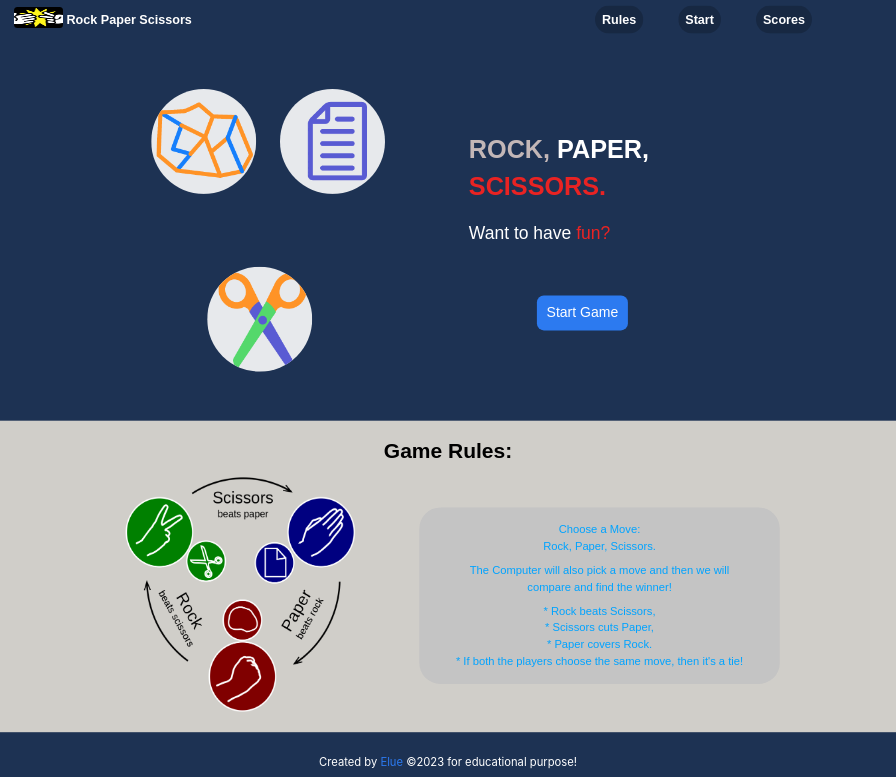
Repository: MikkyPrestige/rock-paper-scissors
Page: index.html
An editor plug-in stored every save of this project. The page is shown before and after the next save, followed by the edit.
The browser window is 1280 px wide. The pictures show the part of the page from y = 0 to 1920 px (the page is 1110 px tall before and 3502 px after), at 70% of full size.

Above is the page before, as saved 2023-05-08 06:54:45.

After the next save:
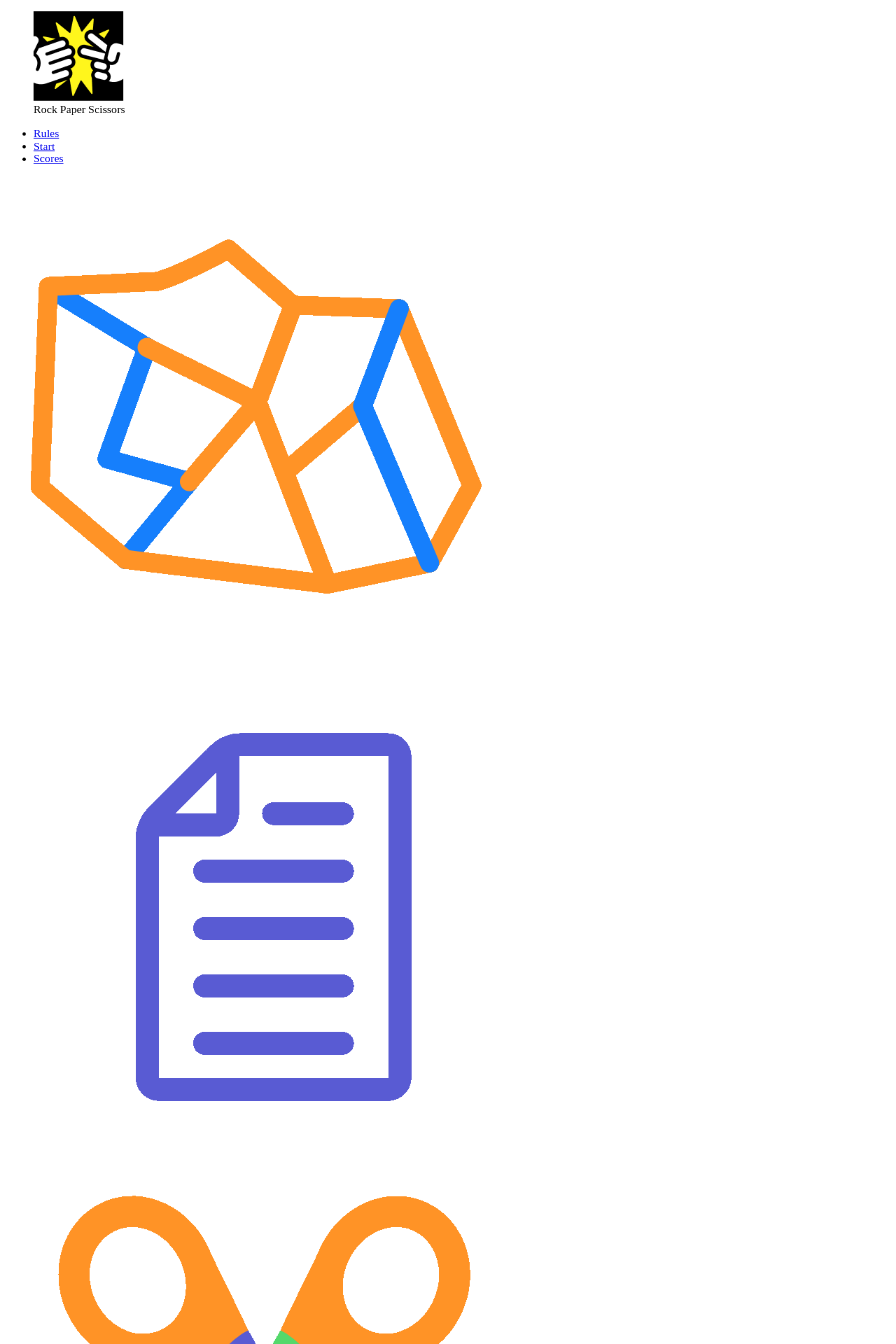
Saved 2 min 22 s later.
--- a/index.html
+++ b/index.html
@@ -6,7 +6,7 @@
   <meta http-equiv="X-UA-Compatible" content="IE=edge">
   <meta name="viewport" content="width=device-width, initial-scale=1.0">
   <title>Rock, Paper or Scissors Game</title>
-  <link rel="stylesheet" href="./index.css">
+  <!-- <link rel="stylesheet" href="./index.css"> -->
   <!-- <script src="./index.js" defer></script> -->
 </head>
 
